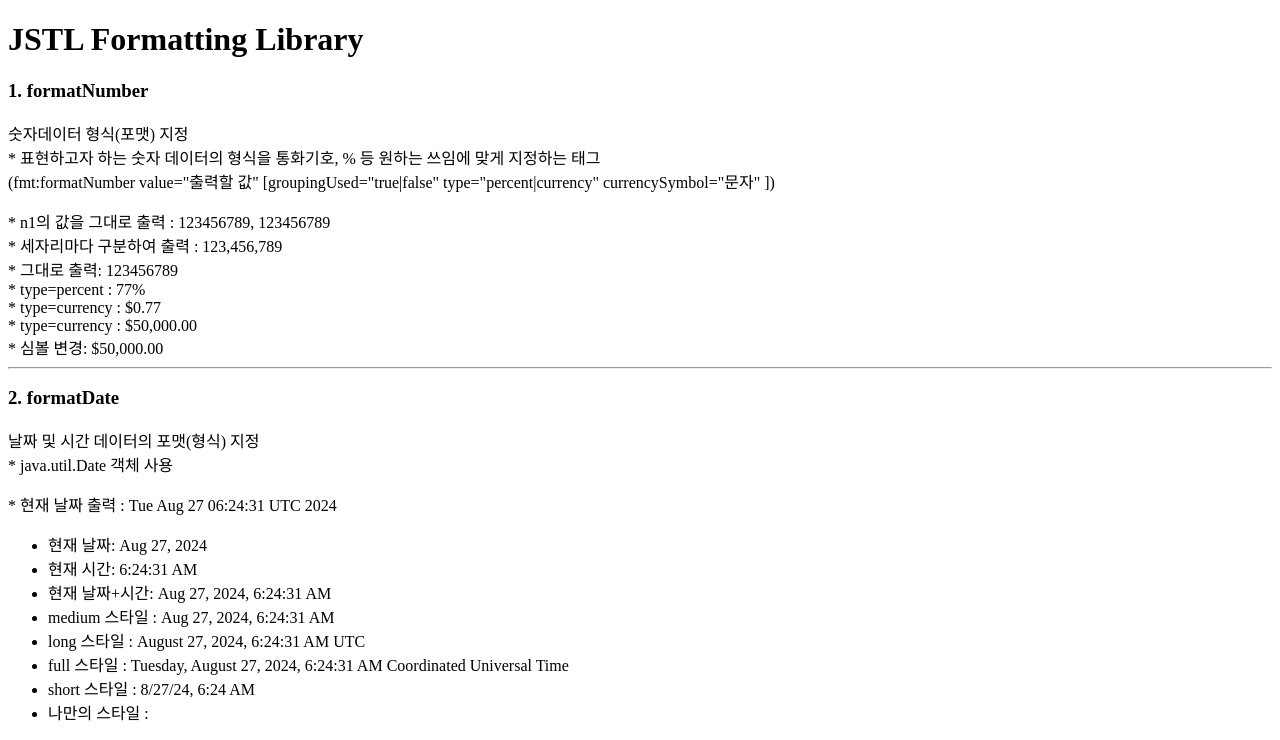
Repository: Developer-Choi-Jae-Young/ServletPractice
Page: http://localhost/3_elAction/views/3_Custom_Action/02_fmt.jsp
These files come from the project's save history. The page is drawn as it stood at one moment and after the next save; the edit follows.
The browser window is 1280 px wide. The pictures show the whole page.
The page is served by Tomcat 9. Other server files are loaded and not shown.

Above is the page before, as saved 2024-08-28 02:06:54.

### 3_elAction/src/main/webapp/views/3_Custom_Action/02_fmt.jsp
<%@page import="java.util.Date"%>
<%@ page language="java" contentType="text/html; charset=UTF-8"
    pageEncoding="UTF-8"%>
<%@ taglib prefix="c" uri="http://java.sun.com/jsp/jstl/core" %>
<%@ taglib prefix="fmt" uri="http://java.sun.com/jsp/jstl/fmt" %>
<!DOCTYPE html>
<html>
<head>
<meta charset="UTF-8">
<title>JSTL - fmt</title>
</head>
<body>
	<h1>JSTL Formatting Library</h1>

	<h3>1. formatNumber</h3>
	<p>
		숫자데이터 형식(포맷) 지정 <br>
		* 표현하고자 하는 숫자 데이터의 형식을 통화기호, % 등 원하는 쓰임에 맞게 지정하는 태그 <br>

		(fmt:formatNumber value="출력할 값" [groupingUsed="true|false"
											type="percent|currency"
											currencySymbol="문자"
										  ])
	</p>

	<%-- n1, n2, n3 변수에 각각 123456789, 0.77, 50000이라는 값을 저장 --%>
	<c:set var="n1" value="123456789"/>
	<c:set var="n2" value="0.77"/>
	<c:set var="n3" value="50000"/>

	* n1의 값을 그대로 출력 : <c:out value="${ n1 }"/>, ${ n1 } <br>
	* 세자리마다 구분하여 출력 : <fmt:formatNumber value="${ n1 }"/>
	<%-- groupingUsed 속성의 기본값: true --%> <br>
	* 그대로 출력: <fmt:formatNumber value="${ n1 }" groupingUsed="false"/> <br>

	* type=percent : <fmt:formatNumber value="${ n2 }" type="percent"/> <br>
	* type=currency : <fmt:formatNumber value="${ n2 }" type="currency"/> <br>

	* type=currency : <fmt:formatNumber value="${ n3 }" type="currency"/> <br>
	* 심볼 변경: <fmt:formatNumber value="${ n3 }" type="currency" currencySymbol="$"/> <br>

	<hr>

	<h3>2. formatDate</h3>
	<p>
	 	날짜 및 시간 데이터의 포맷(형식) 지정 <br>
	 	* java.util.Date 객체 사용
	</p>

	<%-- today라는 변수에 현재 날짜 데이터를 저장  --%>
	<c:set var="today" value="<%= new Date() %>"/>

	* 현재 날짜 출력 : ${ today } <br>
	<ul>
		<li>
			현재 날짜: <fmt:formatDate value="${ today }"/>
			<%-- type 속성 생략 시 날짜만 출력 --%>
		</li>
		<li>
			현재 시간: <fmt:formatDate value="${ today }" type="time"/>
		</li>
		<li>
			현재 날짜+시간: <fmt:formatDate value="${ today }" type="both"/>
		</li>
		<li>
			medium 스타일 : <fmt:formatDate value="${ today }" type="both" dateStyle="medium" timeStyle="medium"/>
		</li>
		<li>
			long 스타일 : <fmt:formatDate value="${ today }" type="both" dateStyle="long" timeStyle="long"/>
		</li>
		<li>
			full 스타일 : <fmt:formatDate value="${ today }" type="both" dateStyle="full" timeStyle="full"/>
		</li>
		<li>
			short 스타일 : <fmt:formatDate value="${ today }" type="both" dateStyle="short" timeStyle="short"/>
		</li>
		<li>
			나만의 스타일 :
		</li>
	</ul>
</body>
</html>

After the next save:
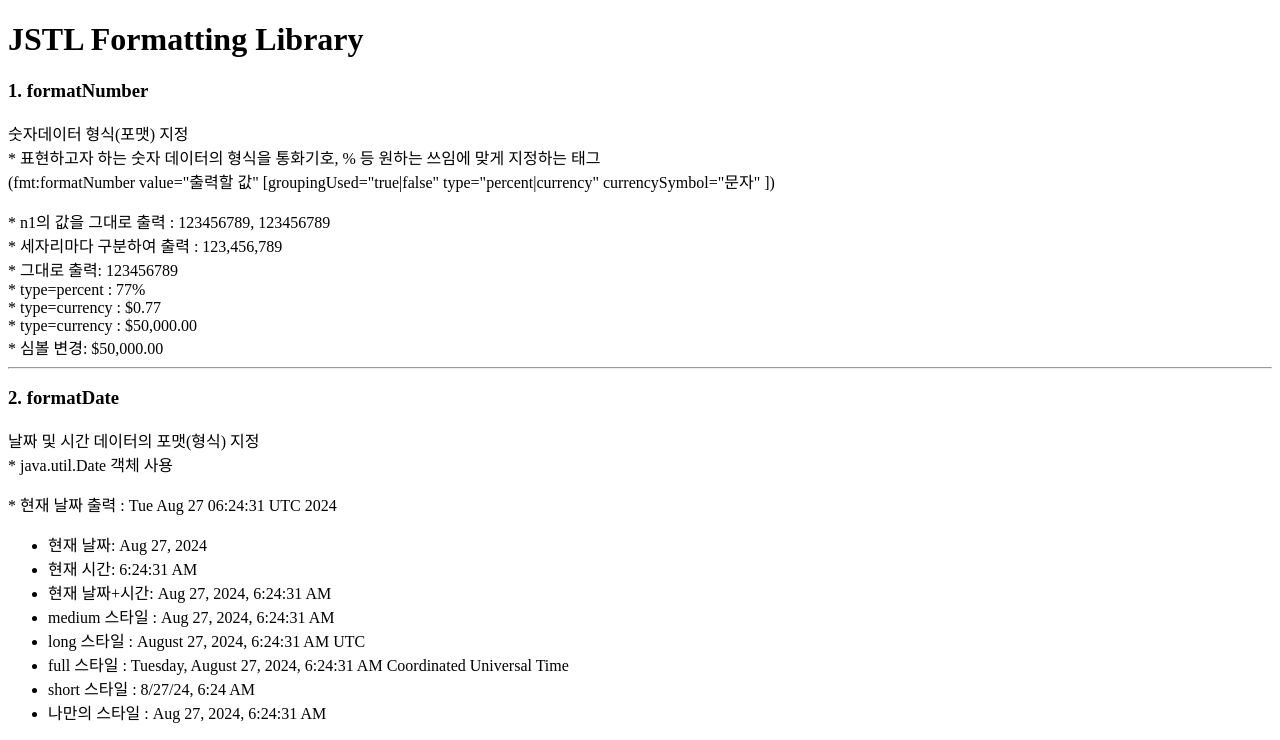
Saved 16 s later.
--- a/3_elAction/src/main/webapp/views/3_Custom_Action/02_fmt.jsp
+++ b/3_elAction/src/main/webapp/views/3_Custom_Action/02_fmt.jsp
@@ -75,7 +75,7 @@
 			short 스타일 : <fmt:formatDate value="${ today }" type="both" dateStyle="short" timeStyle="short"/>
 		</li>
 		<li>
-			나만의 스타일 :
+			나만의 스타일 : <fmt:formatDate value="${ today }" type="both" />
 		</li>
 	</ul>
 </body>

After the save that followed:
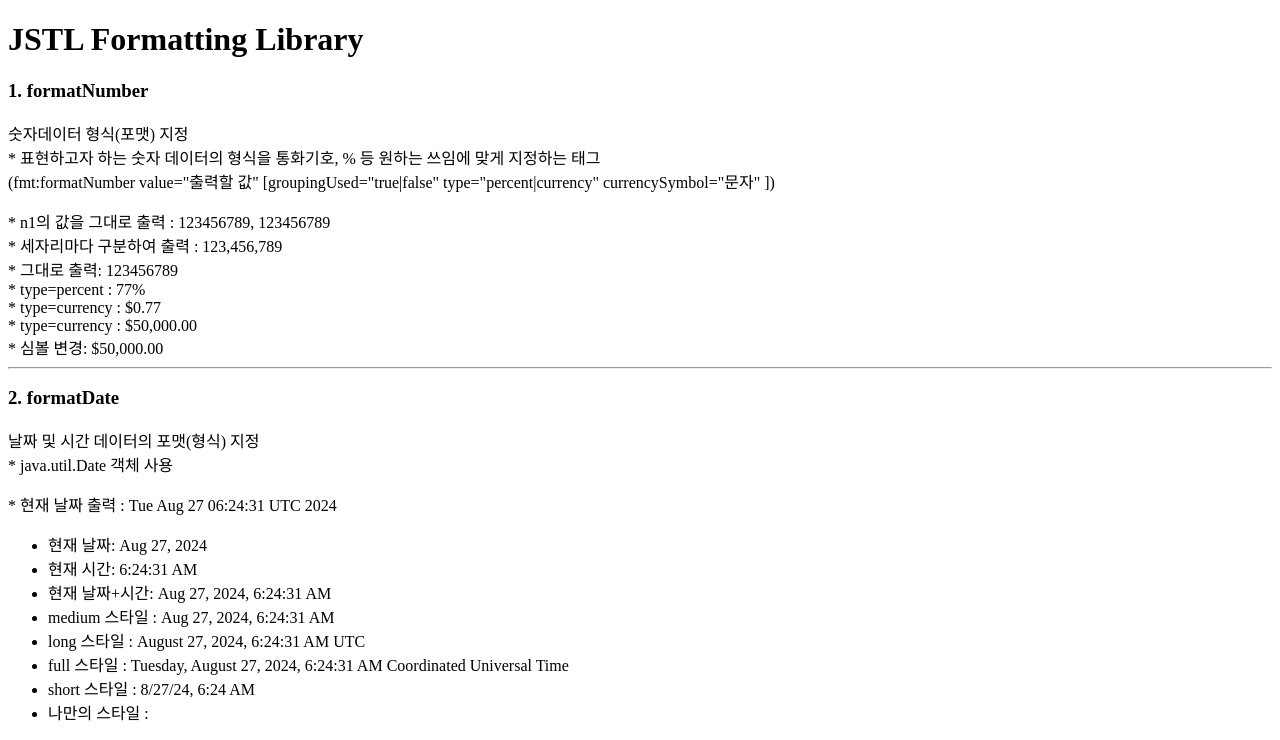
Saved 6 s later.
--- a/3_elAction/src/main/webapp/views/3_Custom_Action/02_fmt.jsp
+++ b/3_elAction/src/main/webapp/views/3_Custom_Action/02_fmt.jsp
@@ -75,7 +75,7 @@
 			short 스타일 : <fmt:formatDate value="${ today }" type="both" dateStyle="short" timeStyle="short"/>
 		</li>
 		<li>
-			나만의 스타일 : <fmt:formatDate value="${ today }" type="both" />
+			나만의 스타일 : <fmt:formatDate value="${ today }" type="both" pattern=""/>
 		</li>
 	</ul>
 </body>
